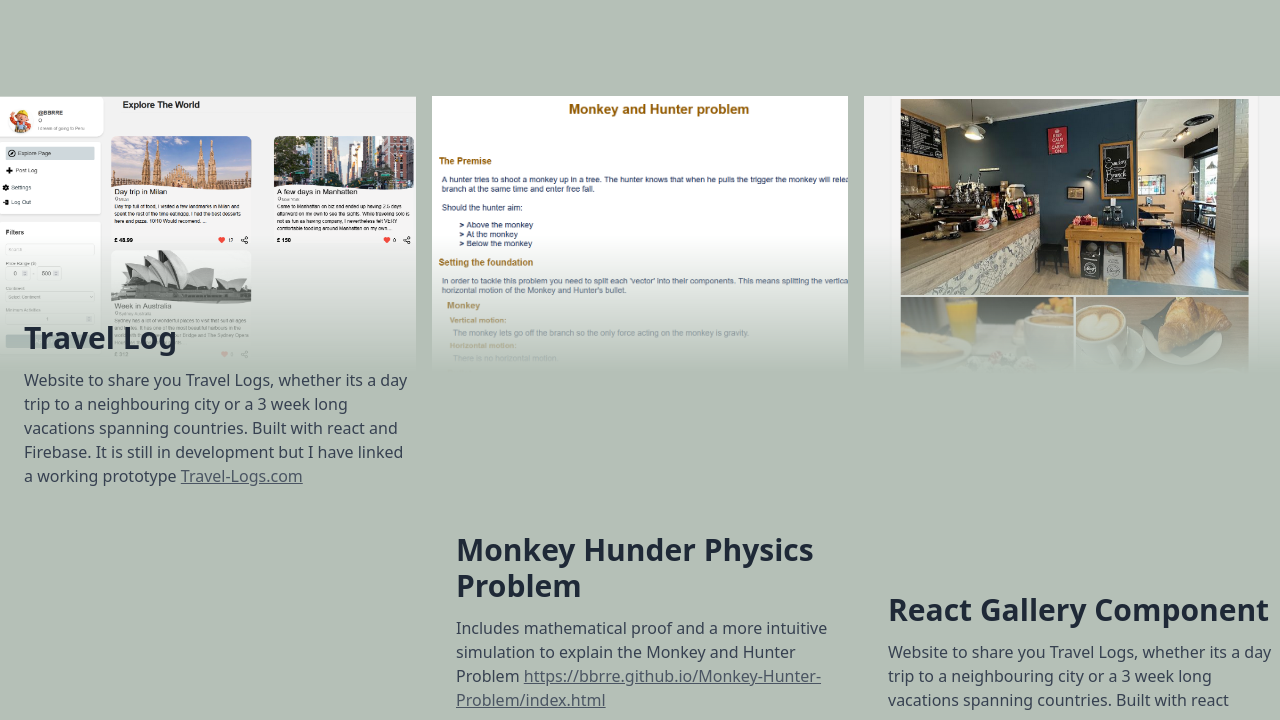
Repository: BBRRE/Portfolio-V2
Page: /#/Computer-Sci
The author's editor kept a copy of each file at every save. The page is drawn from the files as they stood at one save, then again after the next save.
The browser window is 1280 px wide. The pictures show the whole page.
Some web fonts or font styles are not loaded; a fallback is used. The project was rebuilt for these pictures with package versions that can differ from the ones it lists, and the page was loaded fresh each time. Also part of the build but not shown: vite.config.js, src/Subjects/Archi.jsx, src/Subjects/EEng.jsx, src/Subjects/Other.jsx, src/Projects Overview.jsx, src/HomePage.jsx, src/ErrorBoundary.jsx.

Above is the page before, as saved 2024-11-29 09:15:19.

After the next save:
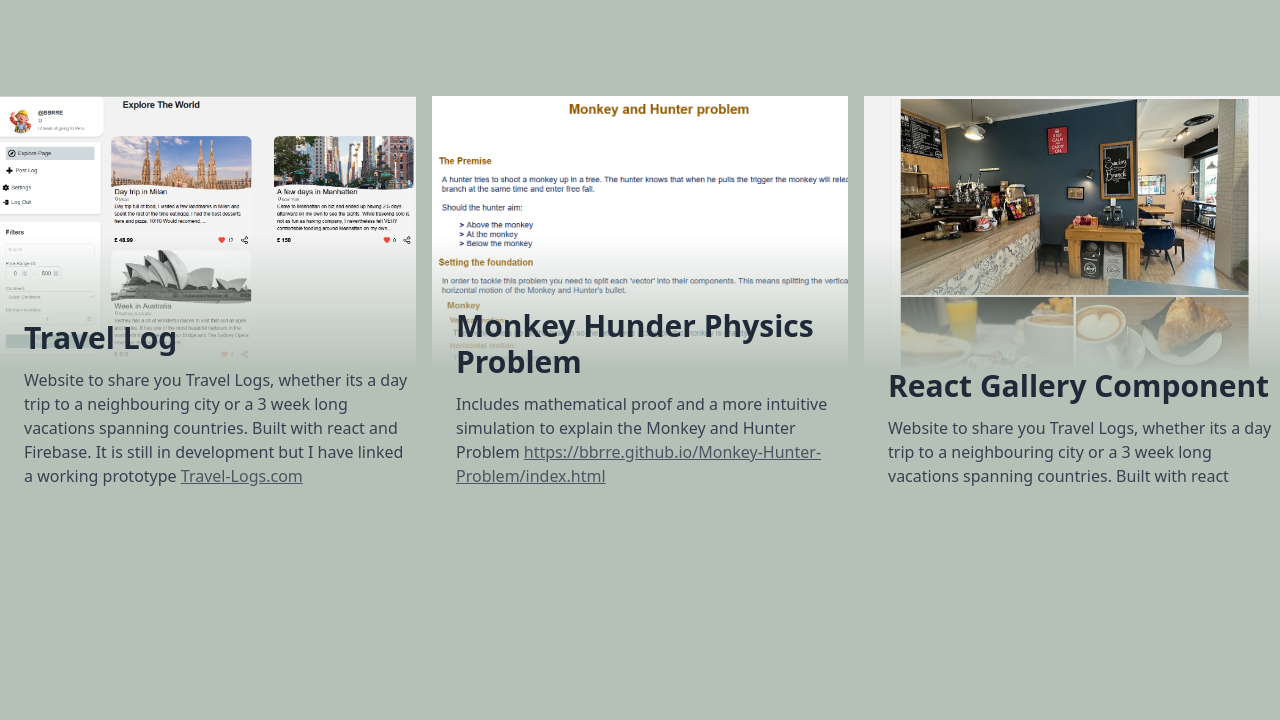
Saved 26 s later.
--- a/src/Subjects/CompSci.jsx
+++ b/src/Subjects/CompSci.jsx
@@ -19,7 +19,7 @@ const CompSci = () => {
         </div>
       </div>
 
-      <div className='relative mx-auto mt-24 w-[700px]'>
+      <div className='relative mx-auto mt-24 w-[700px] h-[400px]'>
         <img src={ph} style={{ WebkitMaskImage: 'linear-gradient(to top, transparent 0%, black 50%)' }} />
         <div className=" absolute bottom-2 left-2 flex flex-col ml-4 gap-3 justify-center">
           <h2 className=" text-left text-xl md:text-2xl lg:text-3xl font-semibold text-gray-800">
@@ -30,7 +30,7 @@ const CompSci = () => {
         </div>
       </div>
 
-      <div className='relative mx-auto mt-24 w-[700px]'>
+      <div className='relative mx-auto mt-24 w-[700px] h-[400px]'>
         <img src={tr} style={{ WebkitMaskImage: 'linear-gradient(to top, transparent 0%, black 50%)' }} />
         <div className=" absolute bottom-2 left-2 flex flex-col ml-4 gap-3 justify-center">
           <h2 className=" text-left text-xl md:text-2xl lg:text-3xl font-semibold text-gray-800">
